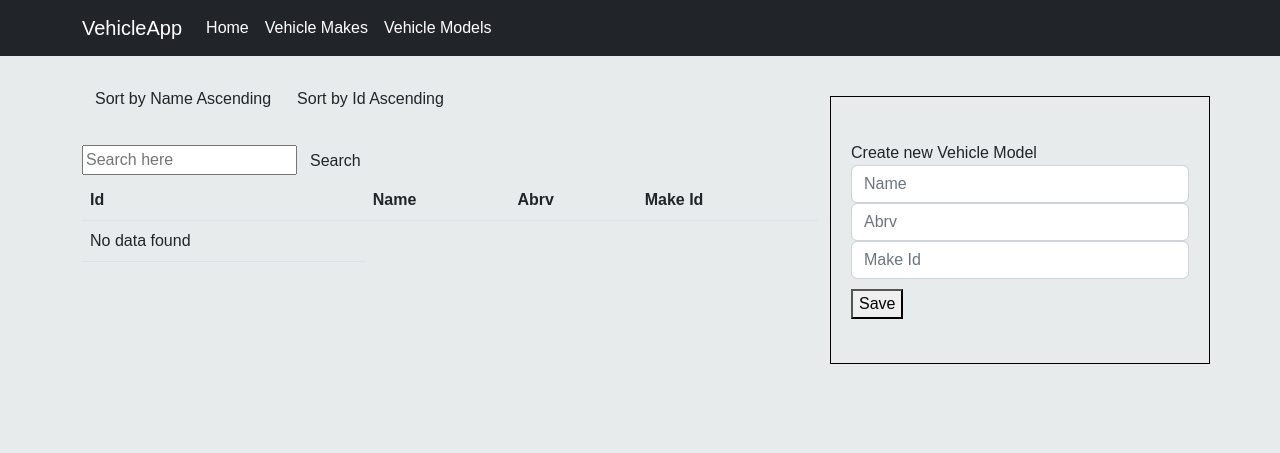
Repository: magdalenarajic/VehicleFrontend
Page: /Models
These files come from the project's save history. The page is drawn as it stood at one moment and after the next save; the edit follows.
The browser window is 1280 px wide. The pictures show the whole page.
The page's requests for data from a server got no answer. The project was rebuilt for these pictures with package versions that can differ from the ones it lists, and the page was loaded fresh each time. No one was signed in, and anything a server would have sent is missing. Also part of the build but not shown: src/components/Home.js, src/services/makeService.js, src/stores/makeStore.js, src/components/VehicleMake.js.

Above is the page before, as saved 2023-03-10 19:47:45.

After the next save:
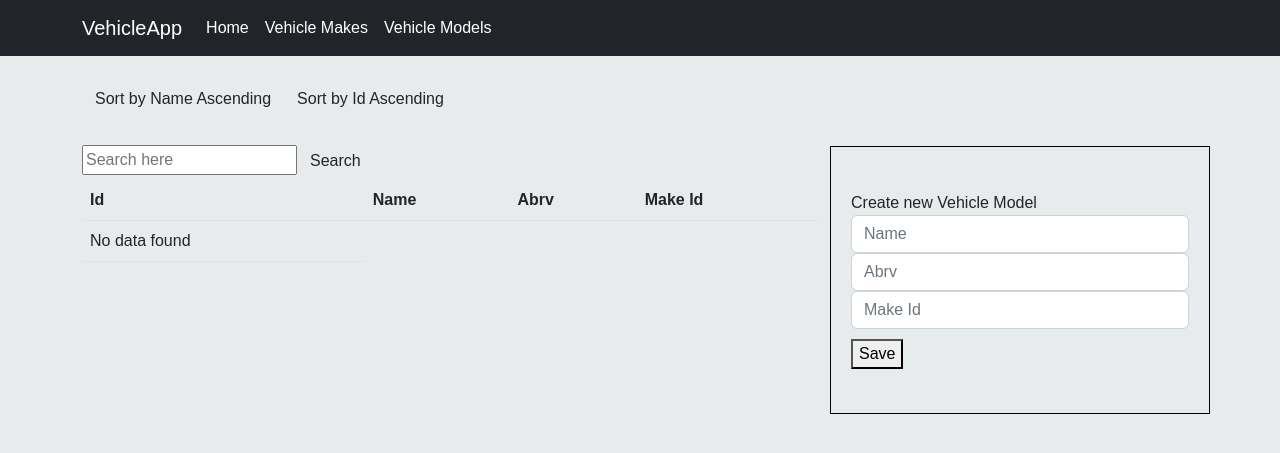
Saved 19 s later.
--- a/src/components/VehicleModel.js
+++ b/src/components/VehicleModel.js
@@ -169,7 +169,7 @@ const ModelList = () => {
                   border: "1px solid black",
                   alignSelf: "center",
                   padding: "20px",
-                  marginTop: "40px"
+                  marginTop: "90px"
                 }}
               >
                 <br />
